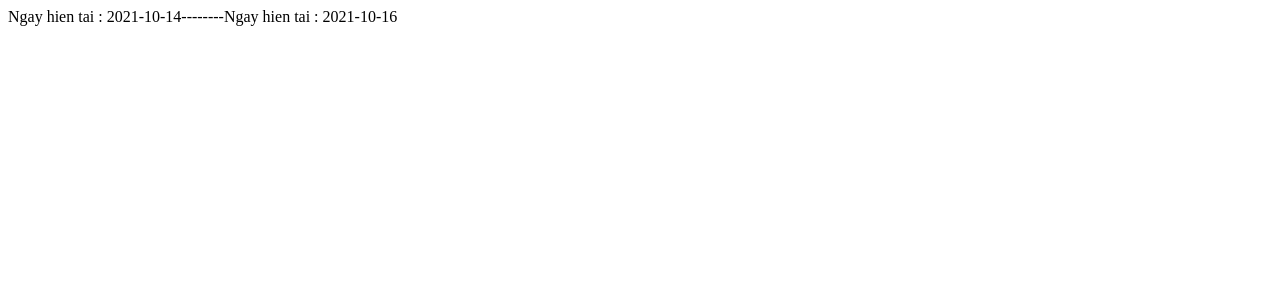
Repository: VuNgocLong2626/exercise_web_CT428
Page: http://localhost/VuNgocLongB1805784/user/process_thanhtoan.php
These files come from the project's save history. The page is drawn as it stood at one moment and after the next save; the edit follows.
The browser window is 1280 px wide. The pictures show the whole page.
The page is run by PHP 8.4 with error messages shown; the project is at /var/www/html/.

Above is the page before, as saved 2021-10-15 12:13:00.

After the next save:
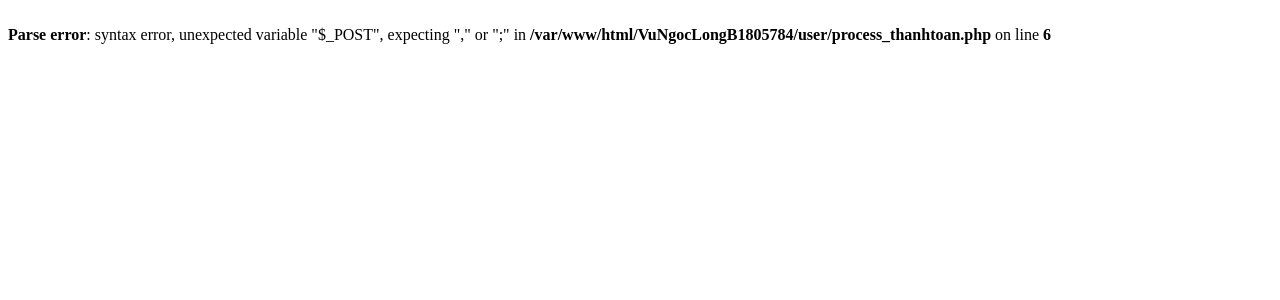
Saved 25 min 21 s later.
--- a/VuNgocLongB1805784/user/process_thanhtoan.php
+++ b/VuNgocLongB1805784/user/process_thanhtoan.php
@@ -3,8 +3,8 @@
     $date = date("Y-m-d");
     $newdate = strtotime ( '+2 day' , strtotime ( $date ) ) ;
     $newdate = date ( "Y-m-d" , $newdate );
-    echo "--------Ngay hien tai : ".$newdate;
+    echo "--------Ngay hien tai : ".$newdate.'-----'$_POST['diachi'];
     // if(isset($_POST['xacnhan'])){
-    //     $conn->query("INSERT INTO dathang(MSKH,NgayDH,NgayGH)  VALUE('"$_SESSION['MSKH']"','".date("Y-m-d")."','".$_POST['password']."')");
+    //     $conn->query("INSERT INTO dathang(MSKH,NgayDH,NgayGH,DiaChiGiao)  VALUE('"$_SESSION['MSKH']"','".$date."','".$newdate."','".$newdate."')");
     // }
 ?>
